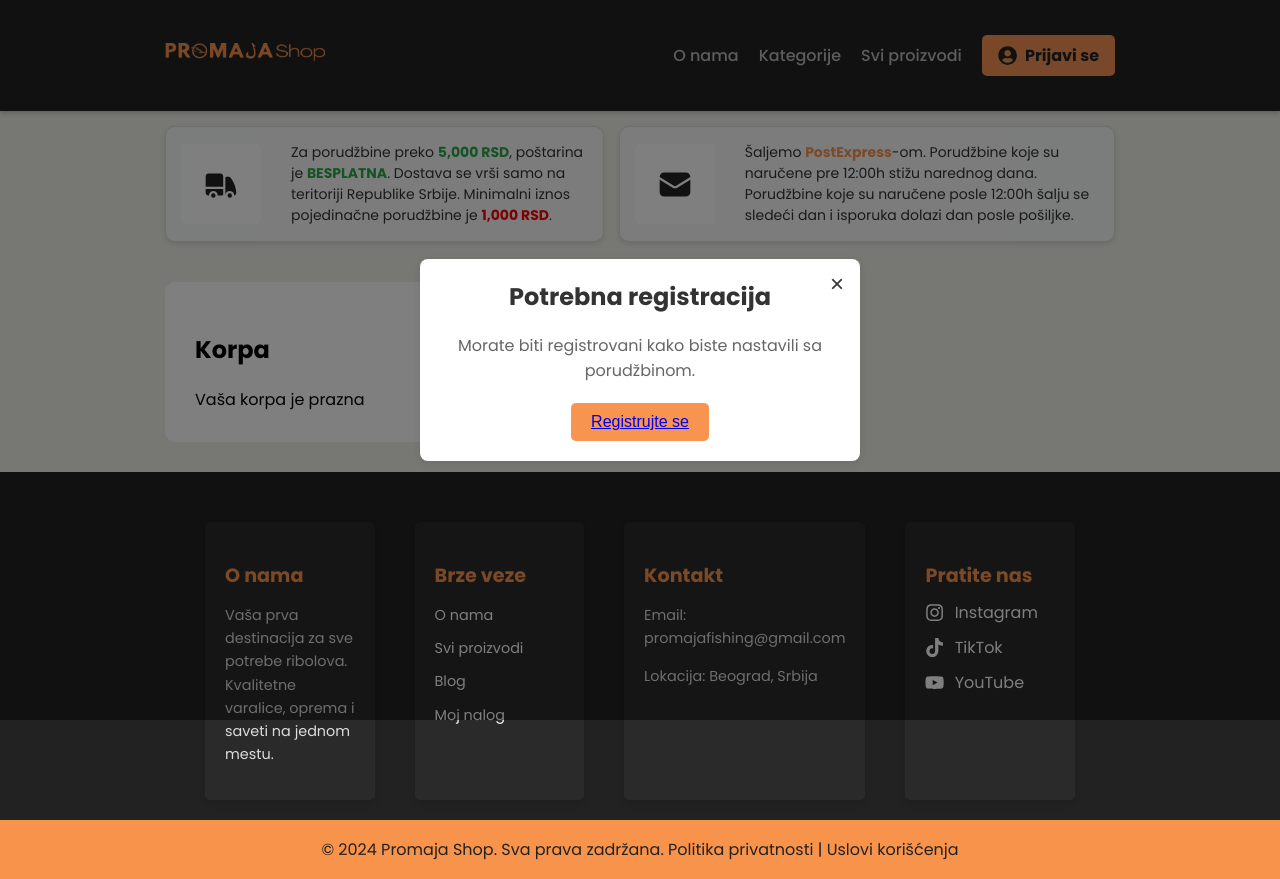
Repository: dimitrijekokovic/PromajaShopFront
Page: /cart
An editor plug-in stored every save of this project. The page is shown before and after the next save, followed by the edit.
The browser window is 1280 px wide. The pictures show the whole page.
The page's requests for data from a server got no answer. The project was rebuilt for these pictures with package versions that can differ from the ones it lists, and the page was loaded fresh each time. The framework's server and built-in components were replaced by stand-ins that run in the browser. No one was signed in, and anything a server would have sent is missing. Also part of the build but not shown: next.config.js, next.config.mjs, lib/colors.js, components/Button.js, components/Table.js, components/Input.js.

Above is the page before, as saved 2025-02-20 14:48:56.

### pages/_app.js
import React, { useEffect } from "react";
import { SessionProvider } from "next-auth/react";
import { CartContextProvider } from "@/components/CartContext";
import AOS from "aos";
import "aos/dist/aos.css";
import { AnimatePresence, motion } from "framer-motion";
import { createGlobalStyle } from "styled-components";


const GlobalStyles = createGlobalStyle`
  body {
    background-color: #EFEFE8;
    padding: 0;
    margin: 0;
    font-family: 'Poppins', sans-serif;
  }
`;

export default function App({ Component, pageProps, router }) {
  useEffect(() => {
    AOS.init({
      duration: 1200, // Trajanje animacija
      once: true, // Animacije se dešavaju samo jednom
    });
  }, []);

  return (
    <>
    <GlobalStyles />
    <SessionProvider session={pageProps.session}>
      <CartContextProvider>
        <AnimatePresence mode="wait">
          <motion.div
             key={router.route}
             initial={{ opacity: 0, }}
             animate={{ opacity: 1, }}
             exit={{ opacity: 0 }}
             transition={{ duration: 0.3 }}
          >
            <Component {...pageProps} />
          </motion.div>
        </AnimatePresence>
      </CartContextProvider>
    </SessionProvider>
    </>
  );
}

### pages/_document.js
import Document, { Html, Head, Main, NextScript } from "next/document";
import { ServerStyleSheet } from "styled-components";

export default class MyDocument extends Document {
  static async getInitialProps(ctx) {
    const sheet = new ServerStyleSheet();
    const originalRenderPage = ctx.renderPage;

    try {
      ctx.renderPage = () =>
        originalRenderPage({
          enhanceApp: (App) => (props) =>
            sheet.collectStyles(<App {...props} />),
        });

      const initialProps = await Document.getInitialProps(ctx);
      return {
        ...initialProps,
        styles: (
          <>
            {initialProps.styles}
            {sheet.getStyleElement()}
          </>
        ),
      };
    } finally {
      sheet.seal();
    }
  }

  render() {
    return (
      <Html lang="en">
        <Head>
          <link
            href="https://fonts.googleapis.com/css2?family=Poppins:wght@400;500;700&display=swap'"
            rel="stylesheet"
          />
        </Head>
        <body>
          <Main />
          <NextScript />
        </body>
      </Html>
    );
  }
}

### components/CartContext.js
// CartContext.js
import { createContext, useEffect, useState, useContext } from "react";

export const CartContext = createContext({});

export function CartContextProvider({ children }) {
  const ls = typeof window !== "undefined" ? window.localStorage : null;
  const [cartProducts, setCartProducts] = useState([]);
  const [user, setUser] = useState(null);

  // Učitavanje podataka o korisniku iz localStorage prilikom inicijalizacije
  useEffect(() => {
    if (ls && ls.getItem("user")) {
      try {
        const storedUser = ls.getItem("user");
        if (storedUser !== "undefined") {
          const parsedUser = JSON.parse(storedUser);
          if (parsedUser?.email) {
            setUser(parsedUser); // Postavi korisnika samo ako je validan
          } else {
            console.warn("Neispravan korisnik u localStorage, uklanjam.");
            ls.removeItem("user");
          }
        } else {
          console.warn("Stored user je undefined, preskačem parsing.");
        }
      } catch (error) {
        console.error("Greška prilikom parsiranja korisnika iz localStorage:", error);
        ls.removeItem("user");
      }
    }
  }, [ls]);

  // Učitavanje proizvoda u korpi iz localStorage
  useEffect(() => {
    if (cartProducts?.length > 0) {
      ls?.setItem("cart", JSON.stringify(cartProducts));
    } else {
      ls?.removeItem("cart"); // Ako je korpa prazna, ukloni je iz localStorage
    }
  }, [cartProducts]);

  function addProduct(productId) {
    setCartProducts((prev) => [...prev, productId]);
  }

  function removeProduct(productId) {
    setCartProducts((prev) => {
      const pos = prev.indexOf(productId);
      if (pos !== -1) {
        return prev.filter((_, index) => index !== pos);
      }
      return prev;
    });
  }

  function clearCart() {
    setCartProducts([]);
    ls?.removeItem("cart"); // Obriši korpu iz localStorage
  }

  return (
    <CartContext.Provider
      value={{
        cartProducts,
        setCartProducts,
        addProduct,
        removeProduct,
        clearCart,
        user,
        setUser,
      }}
    >
      {children}
    </CartContext.Provider>
  );
}

export function useCart() {
  return useContext(CartContext);
}

### components/Center.js
import { Children } from "react";
import styled from "styled-components";

const StyledDiv = styled.div`
  max-width: 950px;
  margin: 0 auto;
  padding: 0;
  width: 100%;

  @media (max-width: 768px) {
    max-width: 100%;
  }
`;

export default function Center({ children }) {
  return <StyledDiv>{children}</StyledDiv>;
}

### components/Header.js
import Link from "next/link";
import styled from "styled-components";
import Center from "./Center";
import Image from "next/image";
import { CartContext } from "./CartContext";
import { useContext, useState, useEffect } from "react";
import { FaUserCircle, FaShoppingCart } from "react-icons/fa";
import CategoriesDropdown from "./CategoriesDropdown";

const StyledHeader = styled.header`
  background-color: #222;
  color: #FFA500;
  padding: 35px 25px;
  box-shadow: 0 2px 5px rgba(0, 0, 0, 0.2);
  overflow: visible;
`;

const Wrapper = styled.div`
  display: flex;
  justify-content: space-between;
  align-items: center;
  position: relative;
`;

const StyledNav = styled.nav`
  display: flex;
  gap: 20px;
  align-items: center;
  overflow: visible;

  @media (max-width: 768px) {
    display: ${(props) => (props.open ? "flex" : "none")};
    flex-direction: column;
    position: absolute;
    top: 60px;
    left: 0;
    right: 0;
    background-color: #222;
    padding: 20px;
    border-radius: 0 0 10px 10px;
    z-index: 10;
    box-shadow: 0 2px 5px rgba(0, 0, 0, 0.3);
  }
`;

const NavLink = styled(Link)`
  color: #bbbbbb;
  text-decoration: none;
  font-size: 16px;
  font-weight: 500;
  line-height: 40px;
  display: flex;
  align-items: center;
  transition: color 0.3s ease;

  &:hover {
    color: #fff;
  }

  @media (max-width: 768px) {
    display: none; /* Sakrivamo korpu iz menija na telefonima */
  }
`;

const LoginButton = styled(Link)`
  display: flex;
  align-items: center;
  justify-content: center;
  padding: 8px 16px;
  background-color: #f39052;
  color: #222222;
  text-decoration: none;
  border-radius: 5px;
  font-weight: bold;
  font-size: 16px;
  transition: background-color 0.3s ease;

  &:hover {
    background-color: #e69500;
  }

  svg {
    margin-right: 8px;
    font-size: 1.2rem;
  }
`;

const HamburgerMenu = styled.div`
  display: none;
  flex-direction: column;
  gap: 5px;
  cursor: pointer;

  div {
    width: 25px;
    height: 3px;
    background-color: #fff;
    border-radius: 2px;
  }

  @media (max-width: 768px) {
    display: flex;
  }
`;

/* Ikonica korpe samo za mobilne uređaje */
const MobileCartIcon = styled(Link)`
  display: none;
  color: #FFA500;
  font-size: 22px;
  position: absolute;
  left: 15px;

  @media (max-width: 768px) {
    display: flex;
    align-items: center;
  }
`;

const LogoWrapper = styled.div`
  max-width: 160px;

  @media (max-width: 768px) {
    max-width: 140px;
  }

  img {
    width: 100%;
    height: auto;
  }
`;

export default function Header() {
  const { cartProducts } = useContext(CartContext);
  const [isLoggedIn, setIsLoggedIn] = useState(false);
  const [menuOpen, setMenuOpen] = useState(false);

  useEffect(() => {
    const token = localStorage.getItem("token");
    setIsLoggedIn(!!token);
  }, []);

  return (
    <StyledHeader>
      <Center>
        <Wrapper>
          {/* Ikonica korpe samo za telefone */}
          <MobileCartIcon href="/cart">
            <FaShoppingCart />
          </MobileCartIcon>

          {/* Logo */}
          <Link href="/">
            <LogoWrapper>
              <Image
                src="/logo.png"
                alt="PromajaShop Logo"
                width={240}
                height={40}
                priority
              />
            </LogoWrapper>
          </Link>

          {/* Hamburger meni */}
          <HamburgerMenu onClick={() => setMenuOpen(!menuOpen)}>
            <div />
            <div />
            <div />
          </HamburgerMenu>

          {/* Navigacija */}
          <StyledNav open={menuOpen}>
            <NavLink href="/aboutus">O nama</NavLink>
            <CategoriesDropdown />
            <NavLink href="/products">Svi proizvodi</NavLink>
            {/* Obrisali smo Korpu iz ovog dela jer je sada ikonca iznad */}

            {isLoggedIn ? (
              <LoginButton href="/account">
                <FaUserCircle /> Moj nalog
              </LoginButton>
            ) : (
              <LoginButton href="/login">
                <FaUserCircle /> Prijavi se
              </LoginButton>
            )}
          </StyledNav>
        </Wrapper>
      </Center>
    </StyledHeader>
  );
}

### components/Modal.js
import styled from "styled-components";

const Overlay = styled.div`
  position: fixed;
  top: 0;
  left: 0;
  width: 100%;
  height: 100%;
  background: rgba(0, 0, 0, 0.5);
  display: flex;
  justify-content: center;
  align-items: center;
  z-index: 1000;
`;

const ModalContent = styled.div`
  background: white;
  border-radius: 8px;
  padding: 20px;
  width: 90%;
  max-width: 400px;
  text-align: center;
  box-shadow: 0 2px 10px rgba(0, 0, 0, 0.1);
  position: relative;
`;

export const ModalHeader = styled.h2`
  margin-top: 0;
  color: #333;
`;

export const ModalText = styled.p`
  color: #666;
  font-size: 1rem;
  margin: 15px 0;
  text-align: center;
`;

export const ButtonWrapper = styled.div`
  display: flex;
  justify-content: center;
  gap: 10px;
  margin-top: 20px;
`;

export const ModalButton = styled.button`
  background: ${({ primary }) => (primary ? "#F69450" : "#F69150")};
  color: ${({ primary }) => (primary ? "#fff" : "#333")};
  border: none;
  border-radius: 5px;
  padding: 10px 20px;
  cursor: pointer;
  font-size: 1rem;
  transition: background 0.3s;

  &:hover {
    background: ${({ primary }) => (primary ? "#d6d6d6" : "#bbb")};
  }
`;

const CloseButton = styled.button`
    position: absolute;
    top: 10px;
    right: 10px;
    background: none;
    border: none;
    font-size: 1.5rem;
    cursor: pointer;
    color: #333;

    &:hover {
    color: #ff0000;
    }
`;

export default function Modal({ show, onClose, children }) {
  if (!show) return null;

  return (
    <Overlay onClick={onClose}>
      <ModalContent onClick={(e) => e.stopPropagation()}>
        <CloseButton onClick={onClose}>&times;</CloseButton>
        {children}
      </ModalContent>
    </Overlay>
  );
}

### components/Footer.js
import Link from "next/link";
import styled from "styled-components";
import { FaInstagram, FaYoutube, FaTiktok } from "react-icons/fa";
import Center from "./Center";

const FooterContainer = styled.footer`
  background-color: #222;
  color: #fff;
  padding-top: 30px;
  margin-top:30px;
`;

const FooterContent = styled.div`
  display: grid;
  grid-template-columns: repeat(4, 1fr);
  gap: 40px;
  max-width: 1200px;
  margin: 0 auto;
  padding: 20px 40px;

  @media (max-width: 768px) {
    grid-template-columns: repeat(2, 1fr);
    gap: 20px;
  }

  @media (max-width: 480px) {
    grid-template-columns: 1fr;
    gap: 10px;
  }
`;


const FooterSection = styled.div`
  background-color: #2a2a2a; /* Tamnija pozadina unutar sekcija */
  padding: 20px;
  border-radius: 5px; /* Blagi zaobljeni uglovi */
  box-shadow: 0 4px 6px rgba(0, 0, 0, 0.1); /* Blagi efekat senke */

  h3 {
    margin-bottom: 10px;
    font-size: 1.2rem;
    text-align: left;
    color: #f7934b; /* Narandžasta za naslove */
  }

  p, ul {
    font-size: 0.9rem;
    line-height: 1.6;
    text-align: left;
    color: #ddd; /* Svetliji tekst */
  }

  ul {
    list-style: none;
    padding: 0;
  }

  li {
    margin-bottom: 10px;

    a {
      color: #fff;
      text-decoration: none;
      transition: color 0.3s ease; /* Tranzicija za hover efekat */

      &:hover {
        color: #ff6600; /* Promena boje na hover */
      }
    }
  }
`;

const SocialLinks = styled.div`
  display: flex;
  flex-direction: column;
  align-items: flex-start;

  a {
    display: flex;
    align-items: center;
    gap: 10px;
    margin-bottom: 10px;
    color: #fff;
    text-decoration: none;
    transition: color 0.3s ease; /* Tranzicija za hover efekat */

    &:hover {
      color: #f7934b; /* Promena boje na hover */
    }

    svg {
      font-size: 1.2rem;
    }
  }
`;


const LegalSection = styled.div`
  background-color: #f7934b;
  text-align: center;
  padding: 1px;
  color: #222222;
  font-size: 1rem; /* Povećan font */

  a {
    color: #222222;
    text-decoration: none;

    &:hover {
      text-decoration: underline;
    }
  }
`;

export default function Footer() {
    return (
      <FooterContainer>
        <Center>
        <FooterContent>
          <FooterSection>
            <h3>O nama</h3>
            <p>
              Vaša prva destinacija za sve potrebe ribolova. Kvalitetne varalice,
              oprema i saveti na jednom mestu.
            </p>
          </FooterSection>

          {/* Linkovi */}
          <FooterSection>
            <h3>Brze veze</h3>
            <ul>
              <li>
                <Link href="/aboutus" legacyBehavior>
                  <a>O nama</a>
                </Link>
              </li>
              <li>
                <Link href="/products" legacyBehavior>
                  <a>Svi proizvodi</a>
                </Link>
              </li>
              <li>
                <Link href="/blog" legacyBehavior>
                  <a>Blog</a>
                </Link>
              </li>
              <li>
                <Link href="/account" legacyBehavior>
                  <a>Moj nalog</a>
                </Link>
              </li>
            </ul>
          </FooterSection>

          {/* Kontakt informacije */}
          <FooterSection>
          <h3>Kontakt</h3>
          <p>Email: promajafishing@gmail.com</p>
          <p>Lokacija: Beograd, Srbija</p>
          </FooterSection>

          {/* Društvene mreže */}
          <FooterSection>
            <h3>Pratite nas</h3>
            <SocialLinks>
            <Link  href="https://www.instagram.com/promajafishing/" legacyBehavior>
                <a target="_blank">
                  <FaInstagram /> Instagram
                </a>
              </Link>
              <Link href="https://www.tiktok.com/@promajafishing?lang=en" legacyBehavior>
                <a target="_blank">
                  <FaTiktok /> TikTok
                </a>
              </Link>

              <Link href="https://www.youtube.com/@PromajaFishing" legacyBehavior>
                <a target="_blank">
                  <FaYoutube /> YouTube
                </a>
              </Link>
            </SocialLinks>
          </FooterSection>
        </FooterContent>
        </Center>
        {/* Pravna napomena */}
        <LegalSection>
          <p>
            &copy; 2024 Promaja Shop. Sva prava zadržana.{" "}
            <Link href="/privatnost" legacyBehavior>
              <a>Politika privatnosti</a>
            </Link>{" "}
            |{" "}
            <Link href="/uslovi" legacyBehavior>
              <a>Uslovi korišćenja</a>
            </Link>
          </p>
        </LegalSection>
      </FooterContainer>
    );
  }

Loaded but not shown: pages/cart.js (458 lines, source omitted); components/CategoriesDropdown.js (276 lines, source omitted)

After the next save:
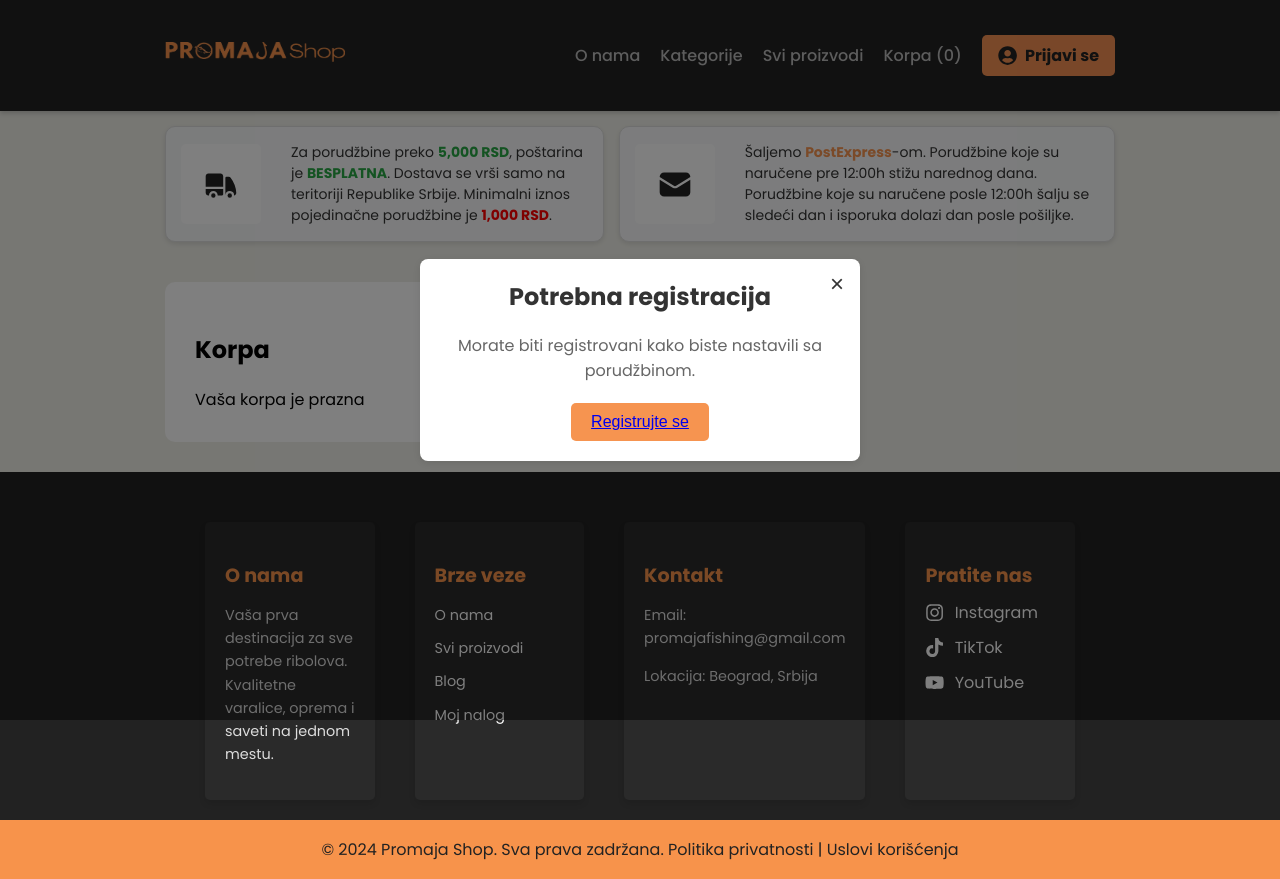
Saved 67 s later.
--- a/components/Header.js
+++ b/components/Header.js
@@ -10,9 +10,8 @@ import CategoriesDropdown from "./CategoriesDropdown";
 const StyledHeader = styled.header`
   background-color: #222;
   color: #FFA500;
-  padding: 35px 25px;
+  padding: 35px 25px; /* Vraćena normalna veličina */
   box-shadow: 0 2px 5px rgba(0, 0, 0, 0.2);
-  overflow: visible;
 `;
 
 const Wrapper = styled.div`
@@ -26,13 +25,12 @@ const StyledNav = styled.nav`
   display: flex;
   gap: 20px;
   align-items: center;
-  overflow: visible;
 
   @media (max-width: 768px) {
     display: ${(props) => (props.open ? "flex" : "none")};
     flex-direction: column;
     position: absolute;
-    top: 60px;
+    top: 70px;
     left: 0;
     right: 0;
     background-color: #222;
@@ -48,7 +46,6 @@ const NavLink = styled(Link)`
   text-decoration: none;
   font-size: 16px;
   font-weight: 500;
-  line-height: 40px;
   display: flex;
   align-items: center;
   transition: color 0.3s ease;
@@ -58,7 +55,7 @@ const NavLink = styled(Link)`
   }
 
   @media (max-width: 768px) {
-    display: none; /* Sakrivamo korpu iz menija na telefonima */
+    display: none; /* Sakrivamo Korpu samo na telefonima */
   }
 `;
 
@@ -103,22 +100,26 @@ const HamburgerMenu = styled.div`
   }
 `;
 
-/* Ikonica korpe samo za mobilne uređaje */
-const MobileCartIcon = styled(Link)`
+/* Dodali smo poseban div za mobilnu korpu da ne bude u logou */
+const MobileCartWrapper = styled.div`
   display: none;
-  color: #FFA500;
-  font-size: 22px;
-  position: absolute;
-  left: 15px;
 
   @media (max-width: 768px) {
     display: flex;
-    align-items: center;
+    position: absolute;
+    left: 15px;
   }
 `;
 
+const MobileCartIcon = styled(Link)`
+  color: #FFA500;
+  font-size: 22px;
+  display: flex;
+  align-items: center;
+`;
+
 const LogoWrapper = styled.div`
-  max-width: 160px;
+  max-width: 180px; /* Vraćena normalna veličina */
 
   @media (max-width: 768px) {
     max-width: 140px;
@@ -144,10 +145,12 @@ export default function Header() {
     <StyledHeader>
       <Center>
         <Wrapper>
-          {/* Ikonica korpe samo za telefone */}
-          <MobileCartIcon href="/cart">
-            <FaShoppingCart />
-          </MobileCartIcon>
+          {/* Mobilna Korpa - Premestili smo je van logotipa */}
+          <MobileCartWrapper>
+            <MobileCartIcon href="/cart">
+              <FaShoppingCart />
+            </MobileCartIcon>
+          </MobileCartWrapper>
 
           {/* Logo */}
           <Link href="/">
@@ -174,7 +177,9 @@ export default function Header() {
             <NavLink href="/aboutus">O nama</NavLink>
             <CategoriesDropdown />
             <NavLink href="/products">Svi proizvodi</NavLink>
-            {/* Obrisali smo Korpu iz ovog dela jer je sada ikonca iznad */}
+
+            {/* Vraćena korpa na desktop verziji */}
+            <NavLink href="/cart">Korpa ({cartProducts?.length || 0})</NavLink>
 
             {isLoggedIn ? (
               <LoginButton href="/account">
